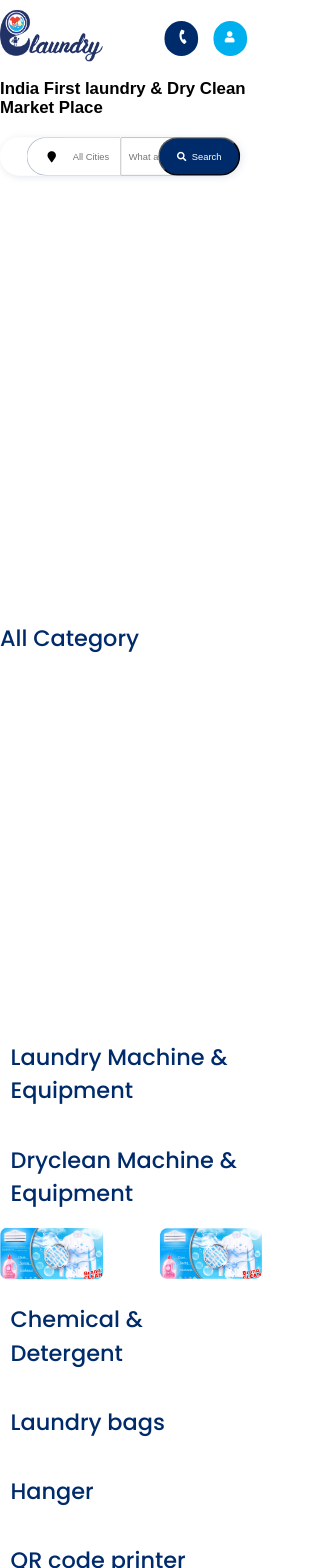
Repository: anamikatomar21/omramartnew
Page: /
These files come from the project's save history. The page is drawn as it stood at one moment and after a run of saves; the edit follows.
The browser window is 375 px wide. The page is 442 px wide, so the pictures cover 442 px, including what lies to the right of the window. The pictures show the part of the page from y = 0 to 2240 px (the page is 5661 px tall before and 5643 px after), at 70% of full size.
The page's requests for data from a server got no answer. The project was rebuilt for these pictures with package versions that can differ from the ones it lists, and the page was loaded fresh each time. Some packages were replaced by stand-ins written for this rebuild. The framework's server and built-in components were replaced by stand-ins that run in the browser. No one was signed in, and anything a server would have sent is missing. Also part of the build but not shown: next.config.js, styles/Merchant/smallbanner.module.scss, styles/Merchant/layout.module.scss.

Above is the page before, as saved 2022-07-21 17:25:42.

After the next 2 saves:
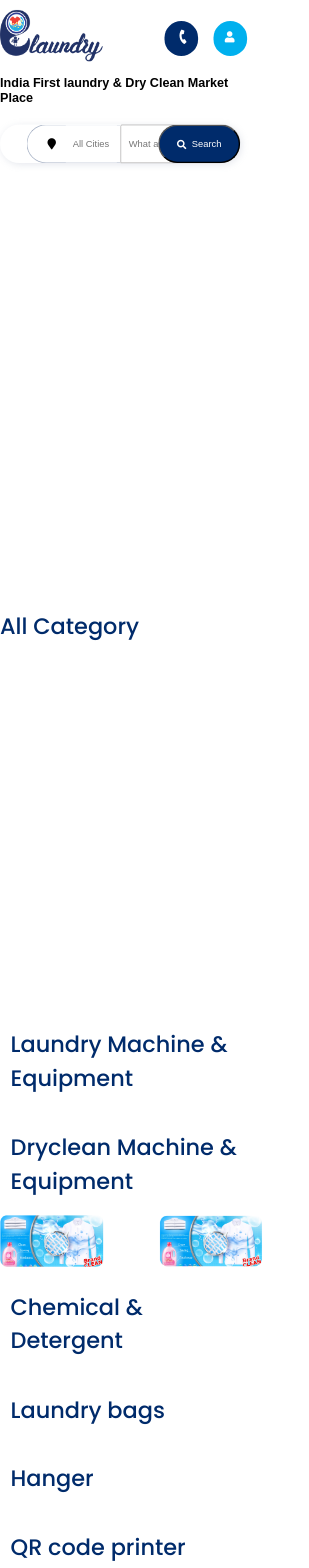
The 2 saves are shown as one change because they came seconds apart.
The last was saved 4 min 56 s later.
--- a/styles/Merchant/Header.module.scss
+++ b/styles/Merchant/Header.module.scss
@@ -351,7 +351,7 @@
   justify-content: center;
   font-weight: 600;
   font-family: Roboto-Light, sans-serif;
-  font-size: x-large;
+  font-size: 18px;
 }
 .flex_box {
   display: flex;
